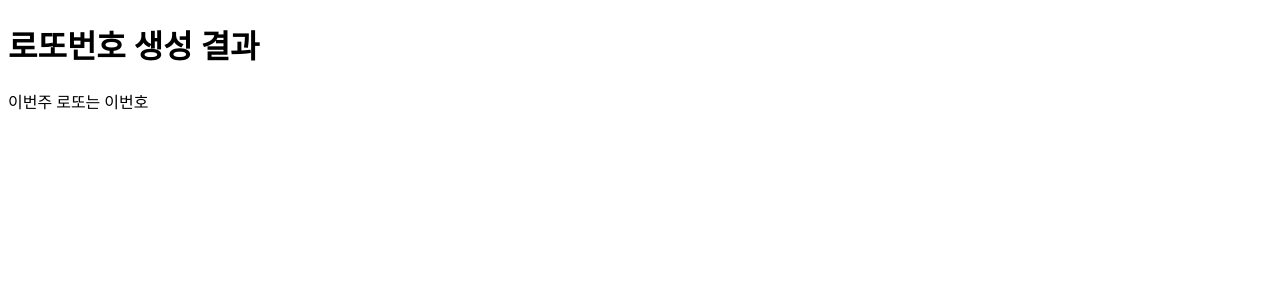
Repository: djdh94/jsp_practice
Page: http://localhost/JSPBasic/JspTag/TagQ03.jsp
An editor plug-in stored every save of this project. The page is shown before and after the next save, followed by the edit.
The browser window is 1280 px wide. The pictures show the whole page.
The page is served by Tomcat 9. Other server files are loaded and not shown.

Above is the page before, as saved 2022-02-03 07:48:39.

### JSPBasic/src/main/webapp/JspTag/TagQ03.jsp
<%@page import="java.util.*" %>
<%@ page language="java" contentType="text/html; charset=UTF-8"
    pageEncoding="UTF-8"%>
<!DOCTYPE html>
<html>
<head>
<meta charset="UTF-8">
<title>Insert title here</title>
</head>
<body>
	<h1>로또번호 생성 결과</h1>
	<p>이번주 로또는 이번호</p>
<%

	List<Integer> lotto = new ArrayList<>();
	while(true){
		int num=(int)(Math.random()*45)+1;
		//contains(): 리스트 내부에 해당 객체가 존재하면 true를 리턴.
		if(!lotto.contains(num)){
			lotto.add(num);
		}
		if(lotto.size()==6){
			break;
		}
	}
	//리스트의 오름차 정렬방법
	Collections.sort(lotto);

	%>



</body>
</html>

After the next save:
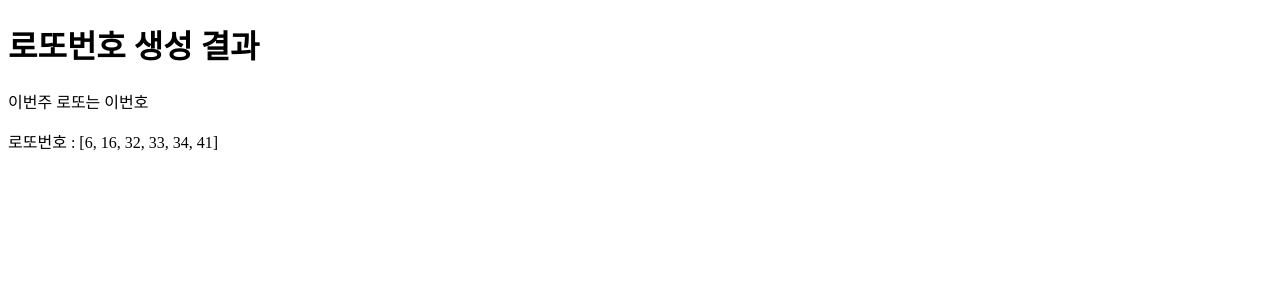
Saved 45 s later.
--- a/JSPBasic/src/main/webapp/JspTag/TagQ03.jsp
+++ b/JSPBasic/src/main/webapp/JspTag/TagQ03.jsp
@@ -8,8 +8,7 @@
 <title>Insert title here</title>
 </head>
 <body>
-	<h1>로또번호 생성 결과</h1>
-	<p>이번주 로또는 이번호</p>
+
 <%
 
 	List<Integer> lotto = new ArrayList<>();
@@ -27,7 +26,9 @@
 	Collections.sort(lotto);
 
 	%>
-
+	<h1>로또번호 생성 결과</h1>
+	<p>이번주 로또는 이번호</p>
+	로또번호 : <%=lotto %>
 
 
 </body>
